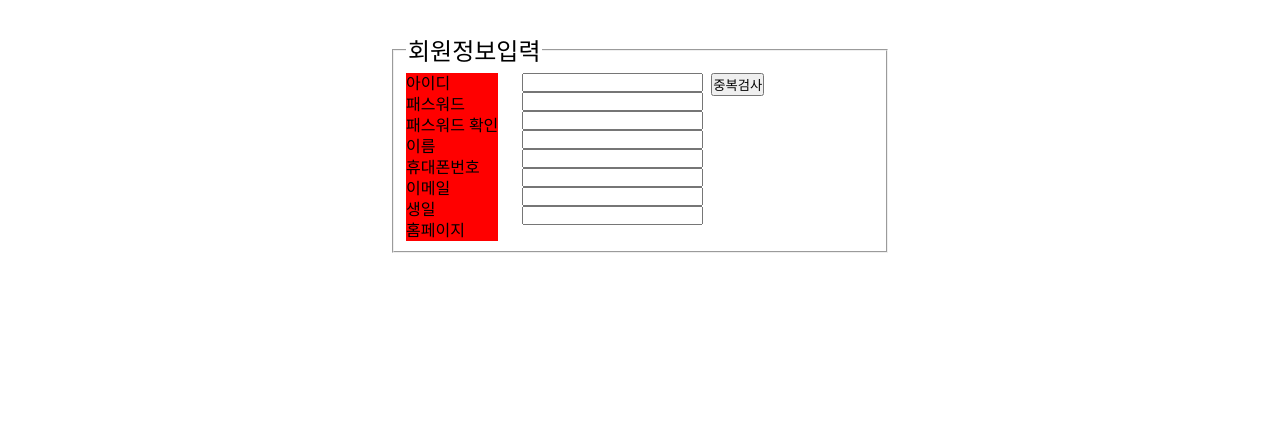
Repository: saysang22/servlet
Page: http://localhost/BookMarket/validationExample.jsp
The author's editor kept a copy of each file at every save. The page is drawn from the files as they stood at one save, then again after the next save.
The browser window is 1280 px wide. The pictures show the whole page.
The page is served by Tomcat 10.

Above is the page before, as saved 2024-05-31 07:59:21.

After the next save:
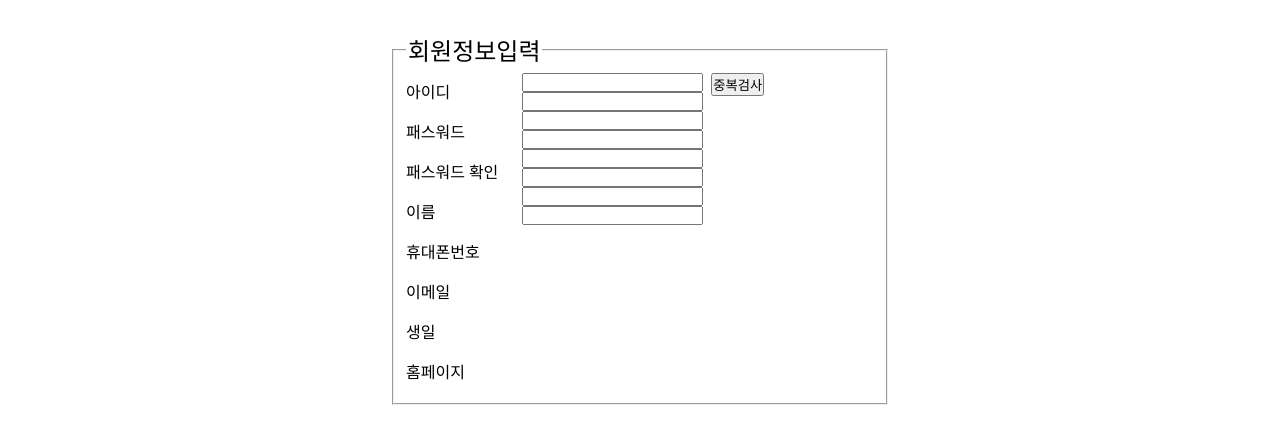
Saved 76 s later.
--- a/BookMarket/src/main/webapp/resources/css/validationExample.css
+++ b/BookMarket/src/main/webapp/resources/css/validationExample.css
@@ -28,9 +28,8 @@ ul {
 }
 
 .firstUl li{
-	height: 21px;
-	line-height: 21px;
-	background: red;
+	height: 40px;
+	line-height: 40px;
 }
 
 .lastUl {
